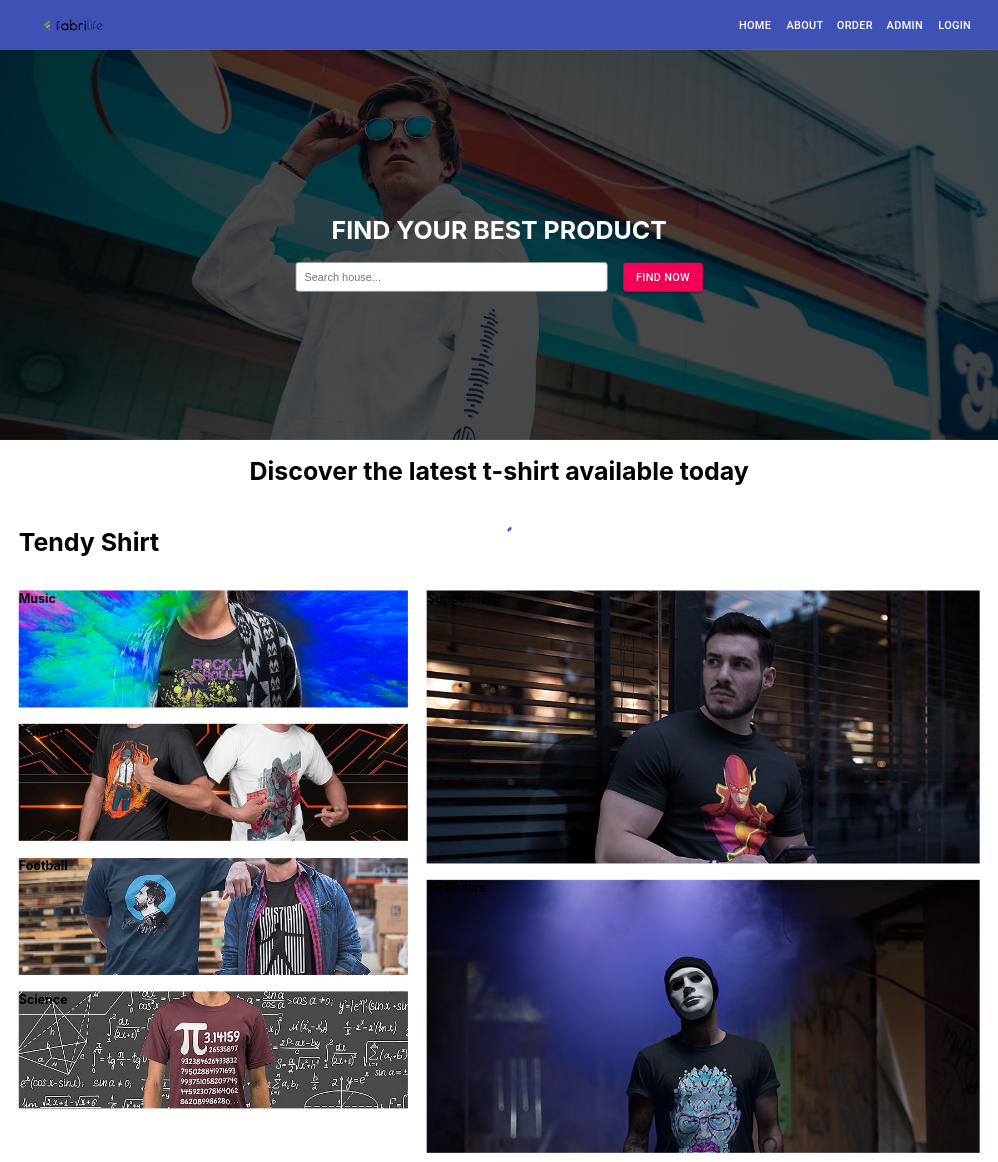
Repository: arif286/fabrilife-E-commerce-client-site
Page: /
An editor plug-in stored every save of this project. The page is shown before and after the next save, followed by the edit.
The browser window is 1280 px wide. The pictures show the whole page, at 78% of full size.
The page's requests for data from a server got no answer. The project was rebuilt for these pictures with package versions that can differ from the ones it lists, and the page was loaded fresh each time. No one was signed in, and anything a server would have sent is missing. Also part of the build but not shown: src/components/Admin/Admin.css, src/components/Admin/AddEvent/AddEvent.css, src/components/Admin/AddEvent/AddEvent.js, src/components/Admin/ProductManage/ProductManage.js, src/components/Admin/Sidebar/Sidebar.css, src/components/Admin/Sidebar/Sidebar.js, src/components/Admin/Admin.js, src/components/CheckOut/CheckOut.css and 8 more.

Above is the page before, as saved 2021-04-01 01:30:02.

### src/App.js
import React, { createContext, useState } from "react";
import { BrowserRouter as Router, Route, Switch } from "react-router-dom";
import Admin from "./components/Admin/Admin";
import CheckOut from "./components/CheckOut/CheckOut";
import Header from "./components/Header/Header";
import Home from "./components/Home/Home";
import Login from "./components/Login/Login";
import NoMatch from "./components/NoMatch/NoMatch";
import Order from "./components/Order/Order";
import PrivateRoute from "./components/PrivateRoute/PrivateRoute";

export const UserContext = createContext()

function App() {
  const [loggedInUser, setLoggedInUser] = useState({});
  return (
    <UserContext.Provider value={[loggedInUser, setLoggedInUser]}>
      <Router>
        <Header />
        <Switch>
          <Route path="/home">
            <Home />
          </Route>
          <PrivateRoute path="/admin">
            <Admin/>
          </PrivateRoute>
          <PrivateRoute path="/productDetails/:id">
            <CheckOut />
          </PrivateRoute>
          <PrivateRoute path='/order'>
            <Order/>
          </PrivateRoute>
          <Route path="/login">
            <Login />
          </Route>
          <Route exact path="/">
            <Home />
          </Route>
          <Route path="*">
            <NoMatch />
          </Route>
        </Switch>
      </Router>
    </UserContext.Provider>
  );
}

export default App;

### src/components/Header/Header.js
import AppBar from "@material-ui/core/AppBar";
import Button from "@material-ui/core/Button";
import { makeStyles } from "@material-ui/core/styles";
import Toolbar from "@material-ui/core/Toolbar";
import Typography from "@material-ui/core/Typography";
import React from "react";
import { NavLink } from "react-router-dom";
import logo from "../../tshirt-shop/logos/fabrilife.svg";
import "./Header.css";

const useStyles = makeStyles((theme) => ({
  root: {
    flexGrow: 1,
  },
  menuButton: {
    marginRight: theme.spacing(2),
  },
  title: {
    flexGrow: 1,
  },
}));

const Header = () => {
  const classes = useStyles();

  return (
    <div className={classes.root}>
      <AppBar position="static">
        <Toolbar>
          <img
            style={{ width: "80px", marginLeft: "30px" }}
            src={logo}
            alt=""
          />
          {/* <IconButton
              edge="start"
              className={classes.menuButton}
              color="inherit"
              aria-label="menu"
            >
              <MenuIcon />
            </IconButton> */}
          <Typography variant="h6" className={classes.title}></Typography>
          <NavLink className="header-link" to="/home">
            <Button color="inherit">Home</Button>
          </NavLink>
          <NavLink className="header-link" to="/home">
            <Button color="inherit">About</Button>
          </NavLink>
          <NavLink className="header-link" to="/order">
            <Button color="inherit">Order</Button>
          </NavLink>
          <NavLink className="header-link" to="/admin">
            <Button color="inherit">Admin</Button>
          </NavLink>
          <NavLink className="header-link" to="/login">
            <Button color="inherit">Login</Button>
          </NavLink>
        </Toolbar>
      </AppBar>
    </div>
  );
};

export default Header;

### src/components/Home/Home.js
import React from 'react';
import LatestProduct from '../LatestProduct/LatestProduct';
import SearchBar from '../SearchBar/SearchBar';
import Shop from '../Shop/Shop';

const Home = () => {
    return (
        <>
            <SearchBar/>
            <Shop />
            <LatestProduct/>
        </>
    );
};

export default Home;

### src/components/Header/Header.css
.header-link {
  text-decoration: none;
  color: white;
}

### src/components/LatestProduct/LatestProduct.js
import { Container, Grid } from '@material-ui/core';
import React from 'react';
import './LatestProduct.css';

const LatestProduct = () => {
    return (
      <Container>
        <h1>Tendy Shirt</h1>
        <Grid container spacing={3}>
          <Grid item md={5} sm={12}>
            <div className="music latest-product">
              <h4>Music</h4>
            </div>
            <div className="gaming latest-product">
              <h4>Gaming</h4>
            </div>
            <div className="football latest-product">
              <h4>Football</h4>
            </div>
            <div className="science latest-product">
              <h4>Science</h4>
            </div>
          </Grid>
          <Grid item sm={12} md={7}>
            <div className="supperHero latest-product">
              <h4>SupperHero</h4>
            </div>
            <div className="shows latest-product">
              <h4>Tv Shows</h4>
            </div>
          </Grid>
        </Grid>
      </Container>
    );
};

export default LatestProduct;

### src/components/SearchBar/SearchBar.js
import { Button } from "@material-ui/core";
import React from "react";
import "./SearchBar.css";

const SearchBar = () => {
  return (
    <div className="bgImage">
      <div className="search-bar">
        <h1>Find your best product</h1>
        <div className="search-bar">
          <input placeholder="Search house..." type="text" />
          <Button color="secondary" variant="contained">
            Find Now
          </Button>
        </div>
      </div>
    </div>
  );
};

export default SearchBar;

### src/components/Shop/Shop.js
import { Container, Grid } from "@material-ui/core";
import CircularProgress from "@material-ui/core/CircularProgress";
import axios from "axios";
import React, { useEffect, useState } from "react";
import ShopCard from "./ShopCard/ShopCard";

const Shop = () => {
     const [event, setEvent] = useState([]);

     useEffect(() => {
       axios
         .get("http://localhost:5000/event")
         .then((res) => setEvent(res.data))
         .catch((error) => console.log(error));
     }, []);

    return (
      <div>
        <Container>
          <Grid container direction="column" alignItems="center">
            <h1> Discover the latest t-shirt available today</h1>
            {event.length === 0 && <CircularProgress />}
          </Grid>
          <Grid container spacing={4}>
            {event.map((product, index) => (
              <Grid item xs={12} sm={6} md={4}>
                <ShopCard product={product} key={index} />
              </Grid>
            ))}
          </Grid>
        </Container>
      </div>
    );
};

export default Shop;

### src/components/LatestProduct/LatestProduct.css
.music {
  background-image: url("../../tshirt-shop/images/music-min.jpg");
}
.latest-product {
  background-repeat: no-repeat;
  background-size: cover;
  height: 150px;
}
.gaming {
  background-image: url("../../tshirt-shop//images/gaming-min.jpg");
}
.football {
  background-image: url("../../tshirt-shop/images/football-min.jpg");
}
.science {
  background-image: url("../../tshirt-shop/images/science-min.jpg");
}
.supperHero {
  background-image: url("../../tshirt-shop/images/superhero-min.jpg");
  background-repeat: no-repeat;
  background-size: cover;
  height: 350px;
}
.shows {
  background-image: url("../../tshirt-shop/images/tv-min.jpg");
  background-repeat: no-repeat;
  background-size: cover;
  height: 350px;
}

### src/components/SearchBar/SearchBar.css
.bgImage {
  background-image: linear-gradient(#000000b3, #000000b3),
    url("../../tshirt-shop/images/websiteheader2.png") !important;
  background-repeat: no-repeat;
  background-size: cover;
  min-height: 500px;
  width: 100%;
  display: flex;
  justify-content: center;
  align-items: center;
}
.search-bar h1 {
  color: white;
  text-transform: uppercase;
}
.search-bar input {
  min-width: 400px;
  display: inline-block;
  box-sizing: border-box;
  padding: 10px;
  border-radius: 4px;
  font-size: 14px;
  border: 1px solid #999999;
  outline: none;
  margin-right: 20px;
}
.search-bar {
  text-align: center;
}

Loaded but not shown: public/index.html (common file); src/index.js (common file); src/index.css (common file); src/reportWebVitals.js (common file); src/components/Shop/ShopCard/ShopCard.css (no stored copy; drawn as an empty file)

After the next save:
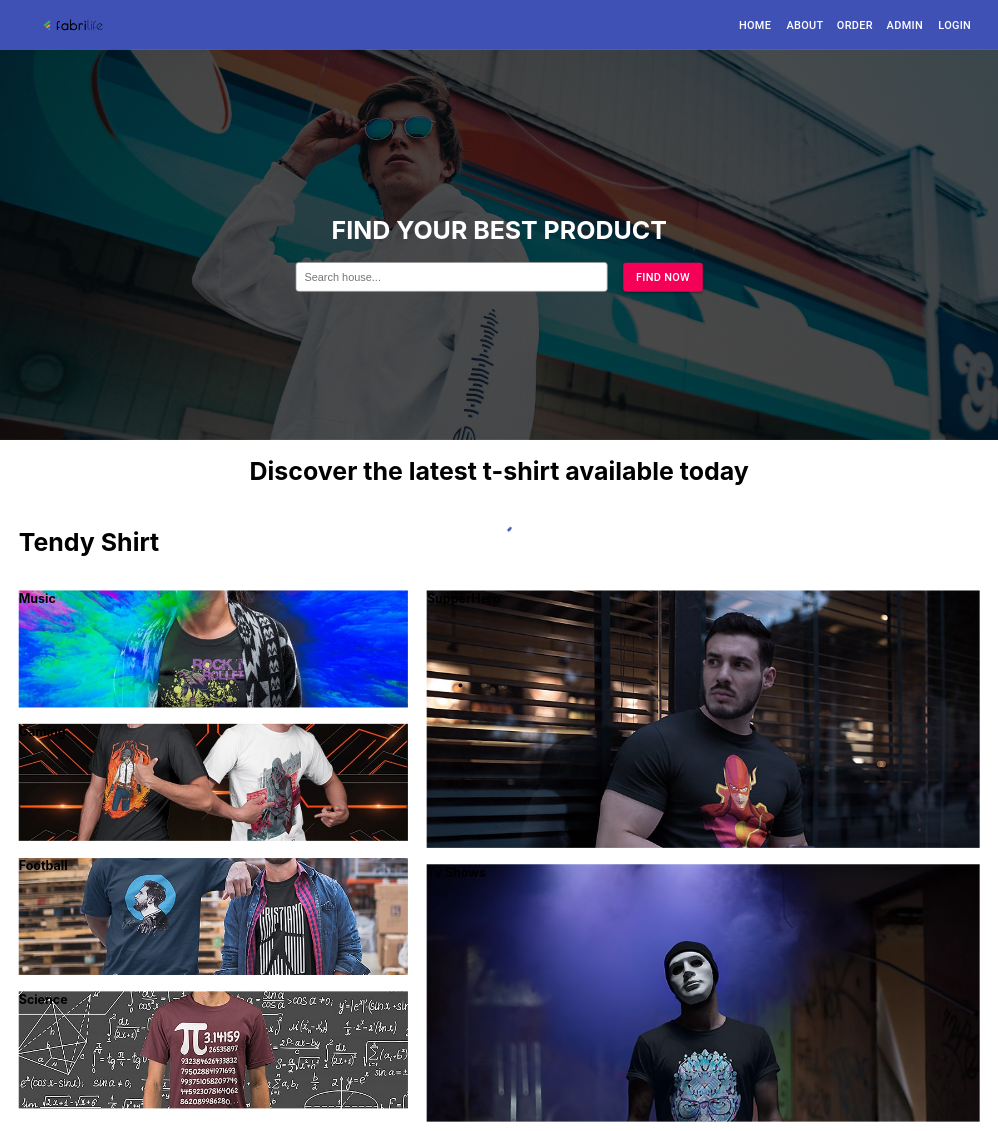
Saved 13 s later.
--- a/src/components/LatestProduct/LatestProduct.css
+++ b/src/components/LatestProduct/LatestProduct.css
@@ -19,11 +19,11 @@
   background-image: url("../../tshirt-shop/images/superhero-min.jpg");
   background-repeat: no-repeat;
   background-size: cover;
-  height: 350px;
+  height: 330px;
 }
 .shows {
   background-image: url("../../tshirt-shop/images/tv-min.jpg");
   background-repeat: no-repeat;
   background-size: cover;
-  height: 350px;
+  height: 330px;
 }
